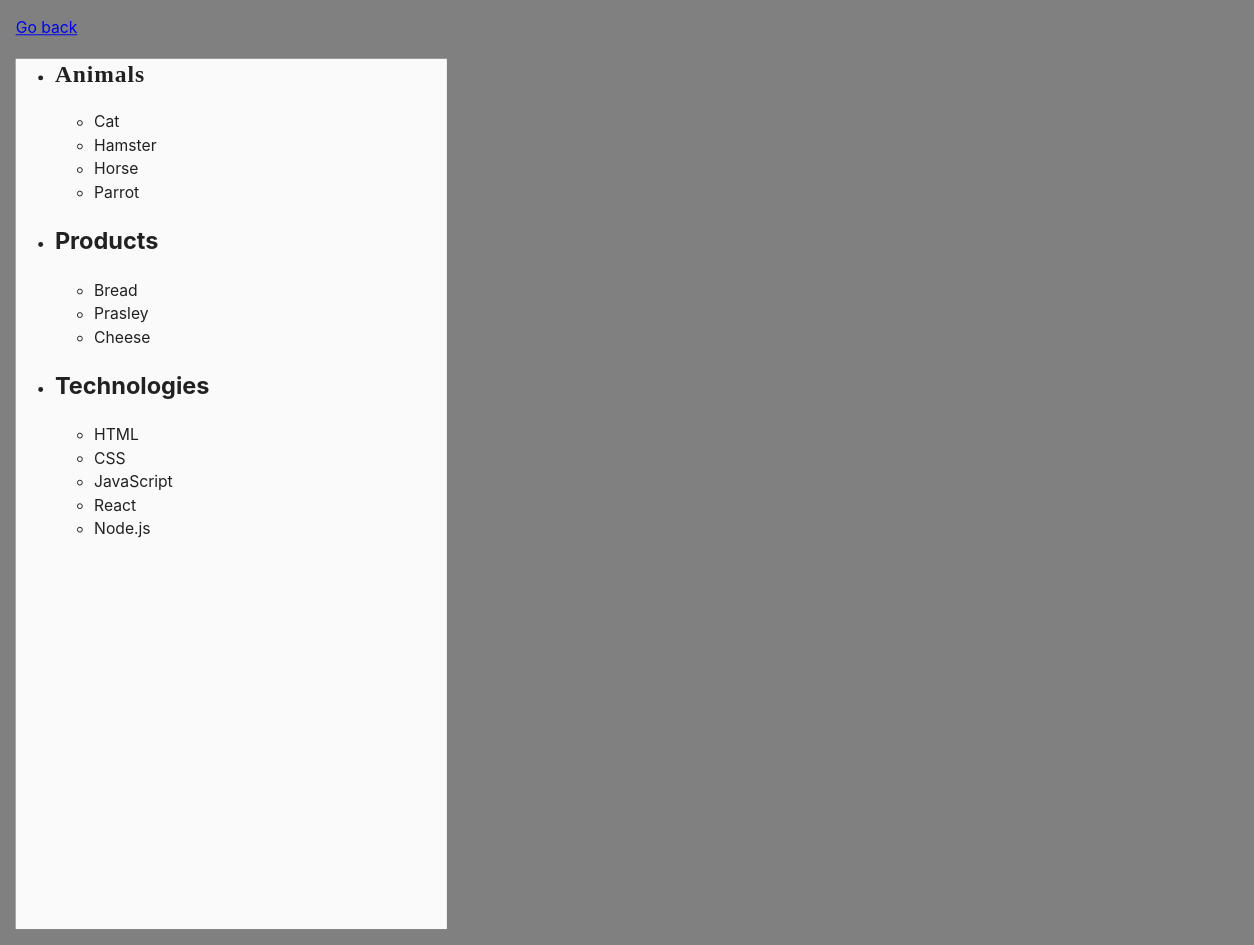
Repository: ViacheslavParfenenko/goit-js-hw-07
Page: task-1.html
These files come from the project's save history. The page is drawn as it stood at one moment and after the next save; the edit follows.
The browser window is 1280 px wide. The pictures show the whole page, at 98% of full size.

Above is the page before, as saved 2024-07-09 16:56:11.

After the next save:
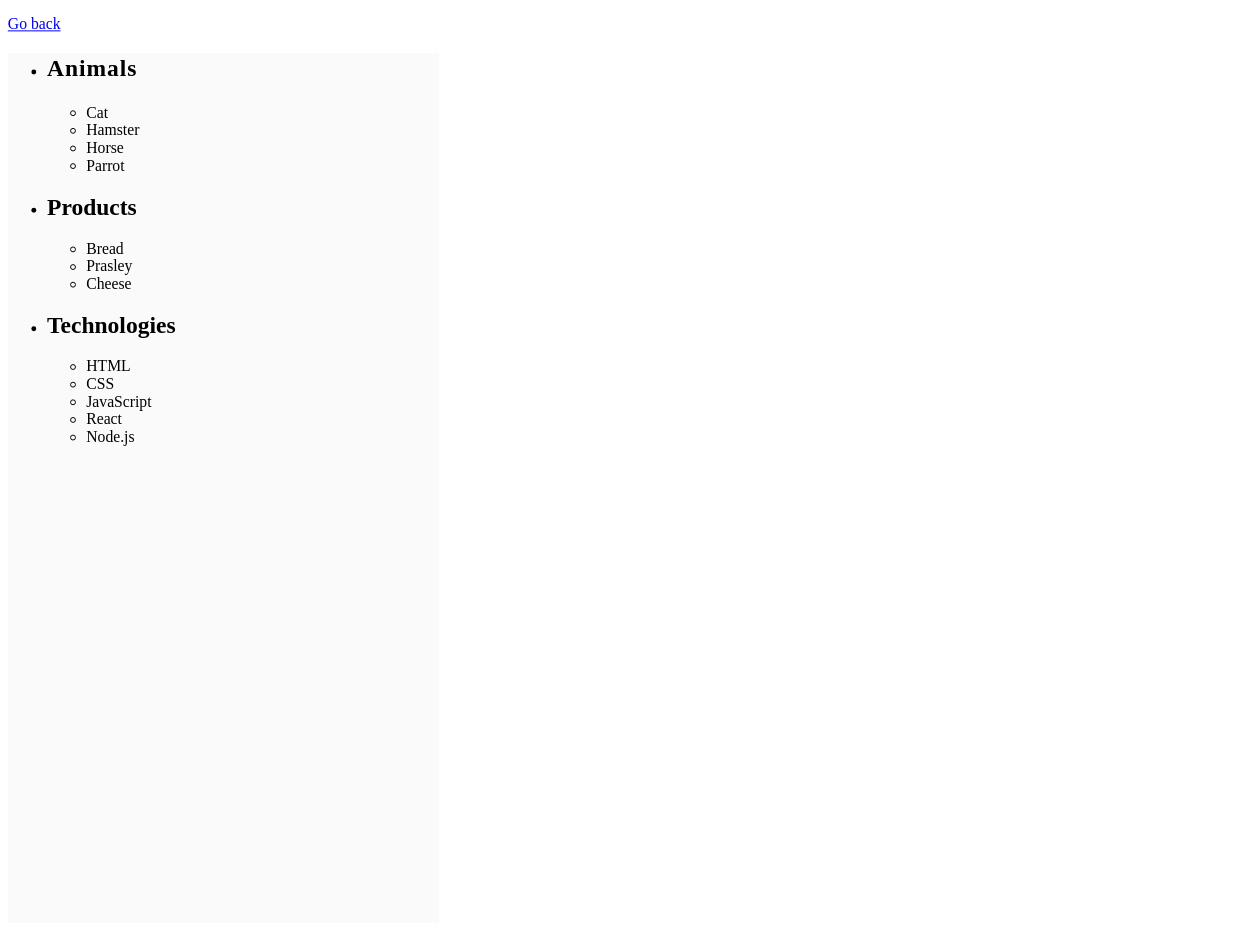
Saved 78 s later.
--- a/css/common.css
+++ b/css/common.css
@@ -2,7 +2,7 @@
   box-sizing: border-box;
 }
 
-body {
+/* body {
   margin: 16px;
   font-family: -apple-system, BlinkMacSystemFont, 'Segoe UI', Roboto, Oxygen,
     Ubuntu, Cantarell, 'Open Sans', 'Helvetica Neue', sans-serif;
@@ -11,7 +11,7 @@
   background-color: gray;
   color: #212121;
   line-height: 1.5;
-}
+} */
 
 .list {
 

After the save that followed:
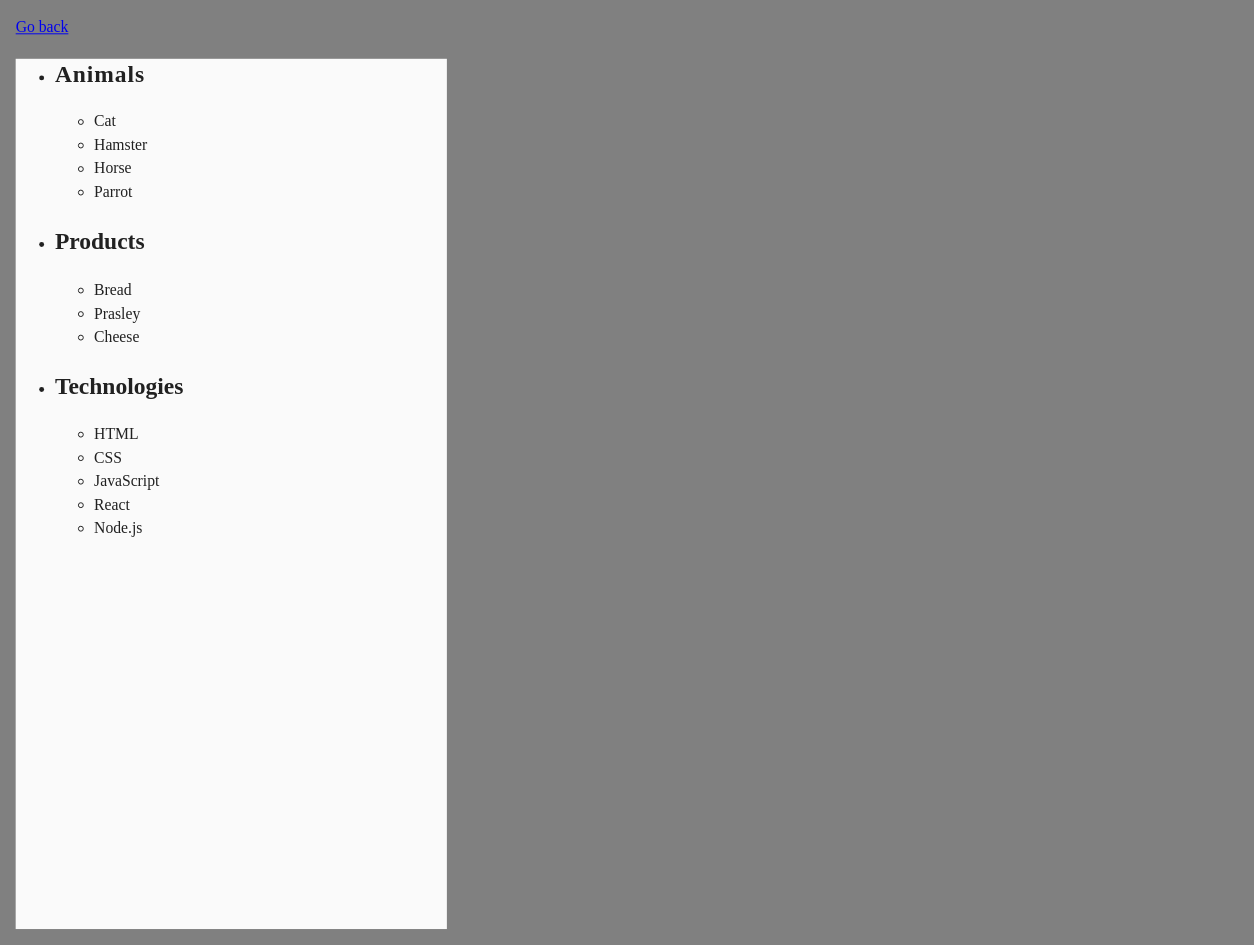
Saved 20 s later.
--- a/css/common.css
+++ b/css/common.css
@@ -2,16 +2,16 @@
   box-sizing: border-box;
 }
 
-/* body {
+body {
   margin: 16px;
-  font-family: -apple-system, BlinkMacSystemFont, 'Segoe UI', Roboto, Oxygen,
-    Ubuntu, Cantarell, 'Open Sans', 'Helvetica Neue', sans-serif;
+  /* font-family: -apple-system, BlinkMacSystemFont, 'Segoe UI', Roboto, Oxygen,
+    Ubuntu, Cantarell, 'Open Sans', 'Helvetica Neue', sans-serif; */
   -webkit-font-smoothing: antialiased;
   -moz-osx-font-smoothing: grayscale;
   background-color: gray;
   color: #212121;
   line-height: 1.5;
-} */
+}
 
 .list {
 
